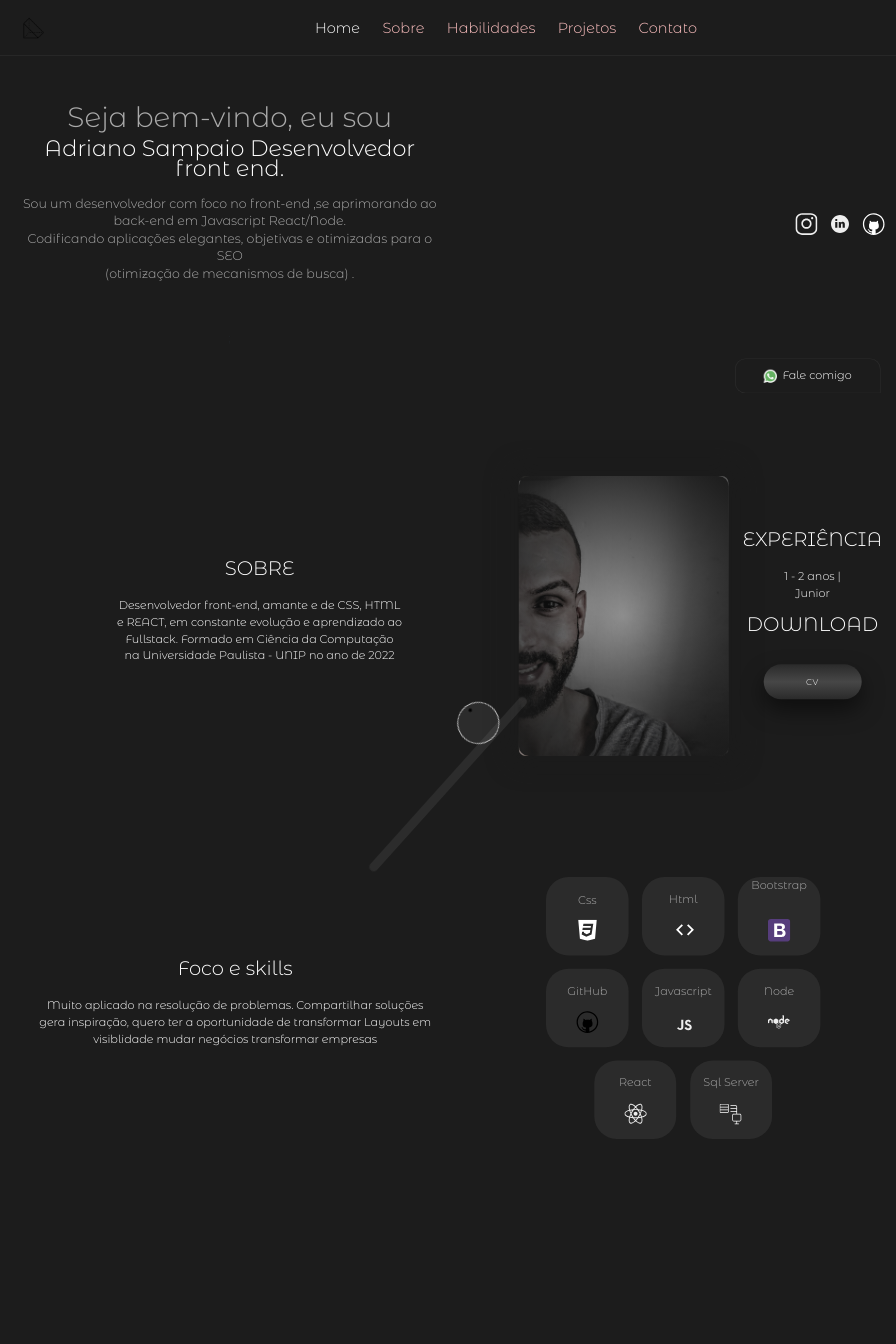
Repository: adrianodisam/NovoPortifolio
Page: /
An editor plug-in stored every save of this project. The page is shown before and after the next save, followed by the edit.
The browser window is 1280 px wide. The pictures show the part of the page from y = 0 to 1920 px (the page is 3024 px tall), at 70% of full size.
The project was rebuilt for these pictures with package versions that can differ from the ones it lists, and the page was loaded fresh each time. Imported but missing from the stored project, and not drawn on this page: src/componentes/Download/Adriano.pdf.

Above is the page before, as saved 2024-11-02 16:40:48.

After the next save:
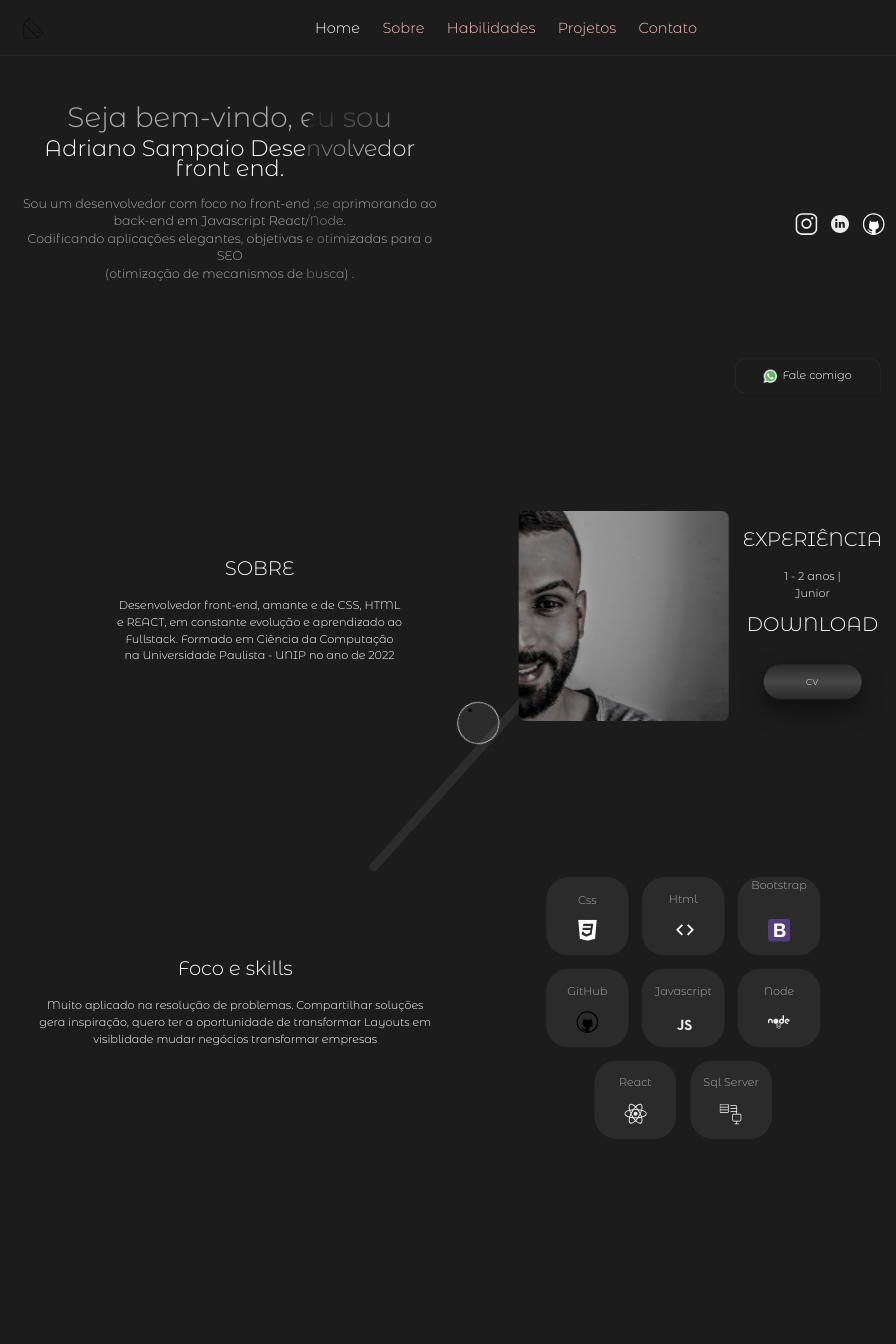
Saved 107 s later.
--- a/src/componentes/FotoSobre/FotoSobre.module.css
+++ b/src/componentes/FotoSobre/FotoSobre.module.css
@@ -8,25 +8,29 @@
   /* background: hsla(0, 0%, 67%, 0.1); */
 }
 
+
 .Container img {
-  display: flex;
-  width: 15rem;
-  transition: all 0.4s;
-  width: 300px; /* Ajuste o tamanho conforme necessário */
-  height: 400px; /* Ajuste o tamanho conforme necessário */
+  width: 300px; /* Ajuste conforme necessário */
+  height: 300px;
   object-fit: cover;
-  border-radius: 10px; /* Raio para bordas arredondadas */
-  box-shadow: 0 0 30px 15px rgba(28, 28, 28, 0.8); /* Sombra esfumaçada */
+  border-radius: 10px;
+  position: relative;
+  z-index: 1; /* Certifica-se de que a imagem está acima do gradiente */
 }
-/* Adiciona o efeito esfumaçado ao redor da imagem */
+
+/* Efeito esfumaçado ao redor da imagem */
 .Container::before {
   content: '';
   position: absolute;
-  width: 300px; /* Um pouco maior que a imagem para o efeito de borda */
+  width: 400px; /* Ligeiramente maior que a imagem para criar o efeito esfumaçado */
   height: 400px;
-  background: radial-gradient(circle, transparent, rgba(28, 28, 28, 50));
-  border-radius: 15px;
-  z-index: 0;
+  background: radial-gradient(circle, rgba(28, 28, 28, 0) 50%, #1c1c1c 100%);
+  border-radius: 20px;
+  top: 50%;
+  left: 50%;
+  transform: translate(-50%, -50%);
+  z-index: 0; /* Fica atrás da imagem */
+  pointer-events: none;
 }
 
 

After the save that followed:
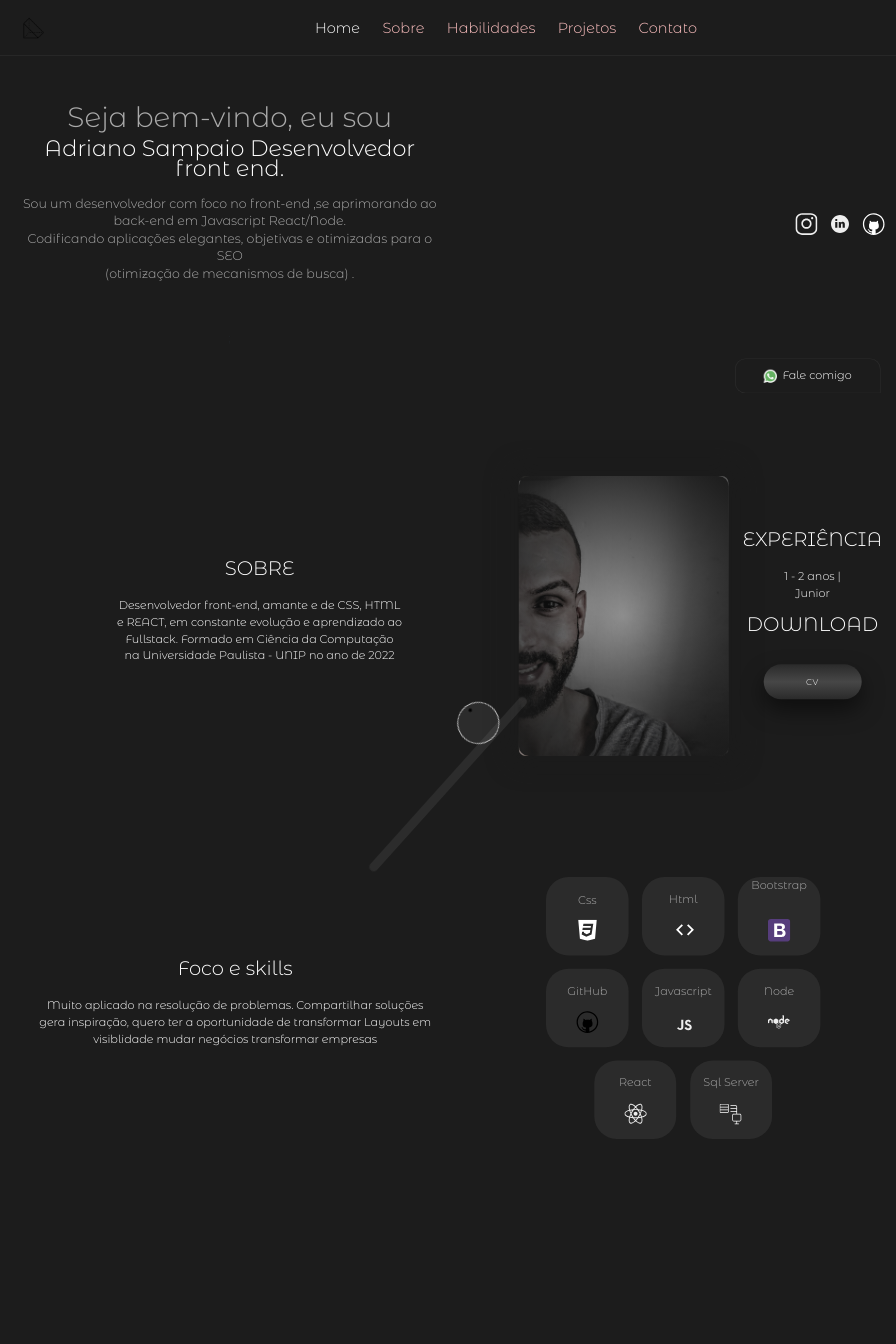
Saved 54 s later.
--- a/src/componentes/FotoSobre/FotoSobre.module.css
+++ b/src/componentes/FotoSobre/FotoSobre.module.css
@@ -8,29 +8,25 @@
   /* background: hsla(0, 0%, 67%, 0.1); */
 }
 
-
 .Container img {
-  width: 300px; /* Ajuste conforme necessário */
-  height: 300px;
+  display: flex;
+  width: 15rem;
+  transition: all 0.4s;
+  width: 300px; /* Ajuste o tamanho conforme necessário */
+  height: 400px; /* Ajuste o tamanho conforme necessário */
   object-fit: cover;
-  border-radius: 10px;
-  position: relative;
-  z-index: 1; /* Certifica-se de que a imagem está acima do gradiente */
+  border-radius: 10px; /* Raio para bordas arredondadas */
+  box-shadow: 0 0 30px 15px rgba(28, 28, 28, 0.8); /* Sombra esfumaçada */
 }
-
-/* Efeito esfumaçado ao redor da imagem */
+/* Adiciona o efeito esfumaçado ao redor da imagem */
 .Container::before {
   content: '';
   position: absolute;
-  width: 400px; /* Ligeiramente maior que a imagem para criar o efeito esfumaçado */
+  width: 300px; /* Um pouco maior que a imagem para o efeito de borda */
   height: 400px;
-  background: radial-gradient(circle, rgba(28, 28, 28, 0) 50%, #1c1c1c 100%);
-  border-radius: 20px;
-  top: 50%;
-  left: 50%;
-  transform: translate(-50%, -50%);
-  z-index: 0; /* Fica atrás da imagem */
-  pointer-events: none;
+  background: radial-gradient(circle, transparent, rgba(28, 28, 28, 50));
+  border-radius: 15px;
+  z-index: 0;
 }
 
 
